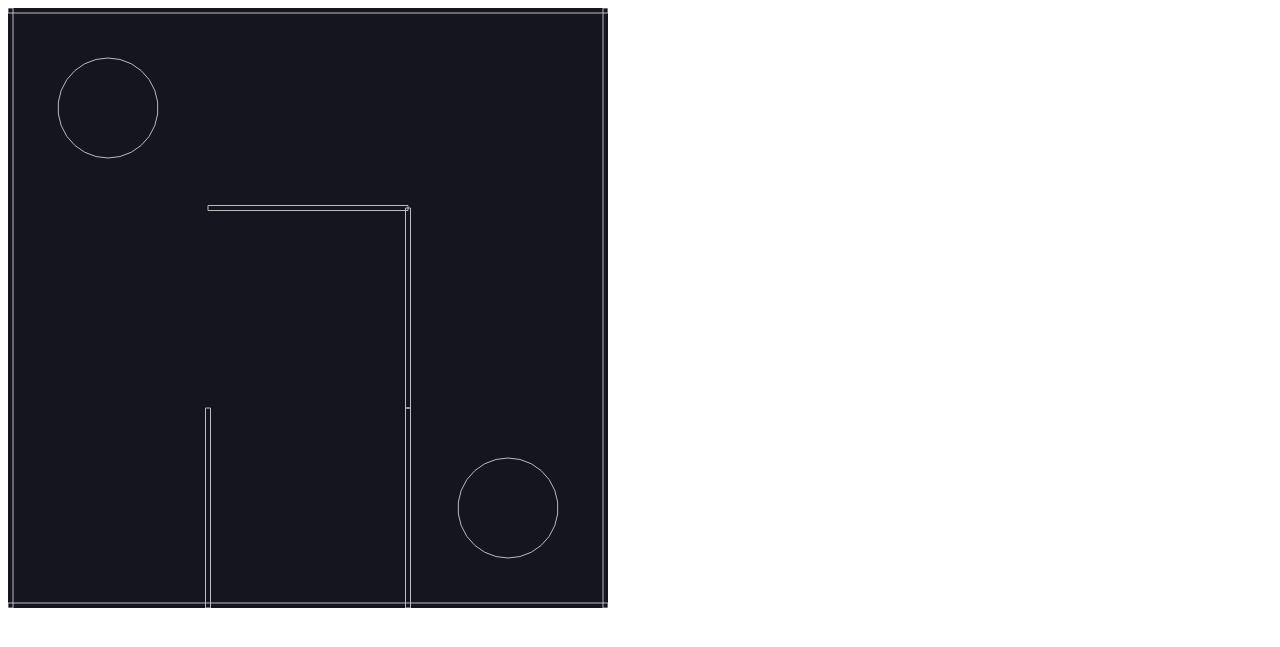
Repository: Sbethm/maze-runner
Page: index.html
The author's editor kept a copy of each file at every save. The page is drawn from the files as they stood at one save, then again after a run of saves.
The browser window is 1280 px wide. The pictures show the whole page.
Some web libraries are served in a nearby version.

Above is the page before, as saved 2021-10-08 08:34:13.

After the next 3 saves:
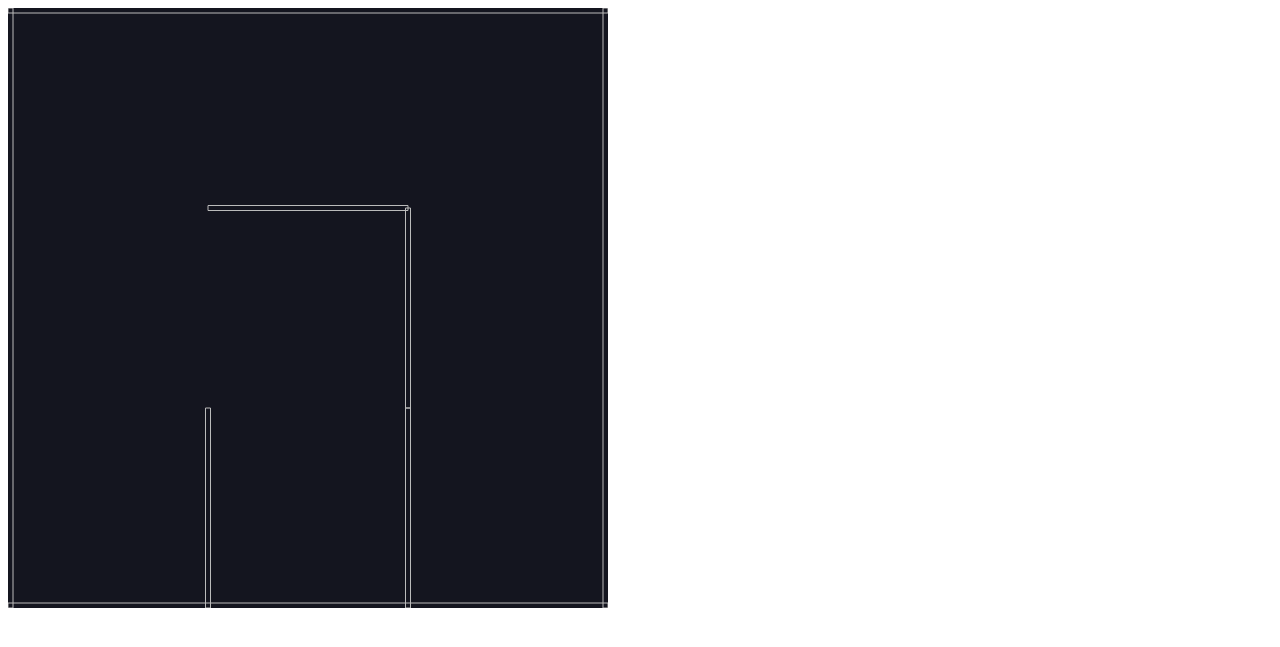
Console error: ReferenceError: lable is not defined
The 3 saves are shown as one change because they came seconds apart.
The last was saved 14 s later.
--- a/app.js
+++ b/app.js
@@ -192,7 +192,10 @@
         lable: 'goal',
         isStatic: true
     });
-const playerPiece =Bodies.circle(unitLength / 2, unitLength / 2, goalRadius);
+const playerPiece =Bodies.circle(unitLength / 2, unitLength / 2, goalRadius,
+    {
+        lable
+    });
 
 World.add(world, goal);
 World.add(world, playerPiece);

After the 2 saves that followed:
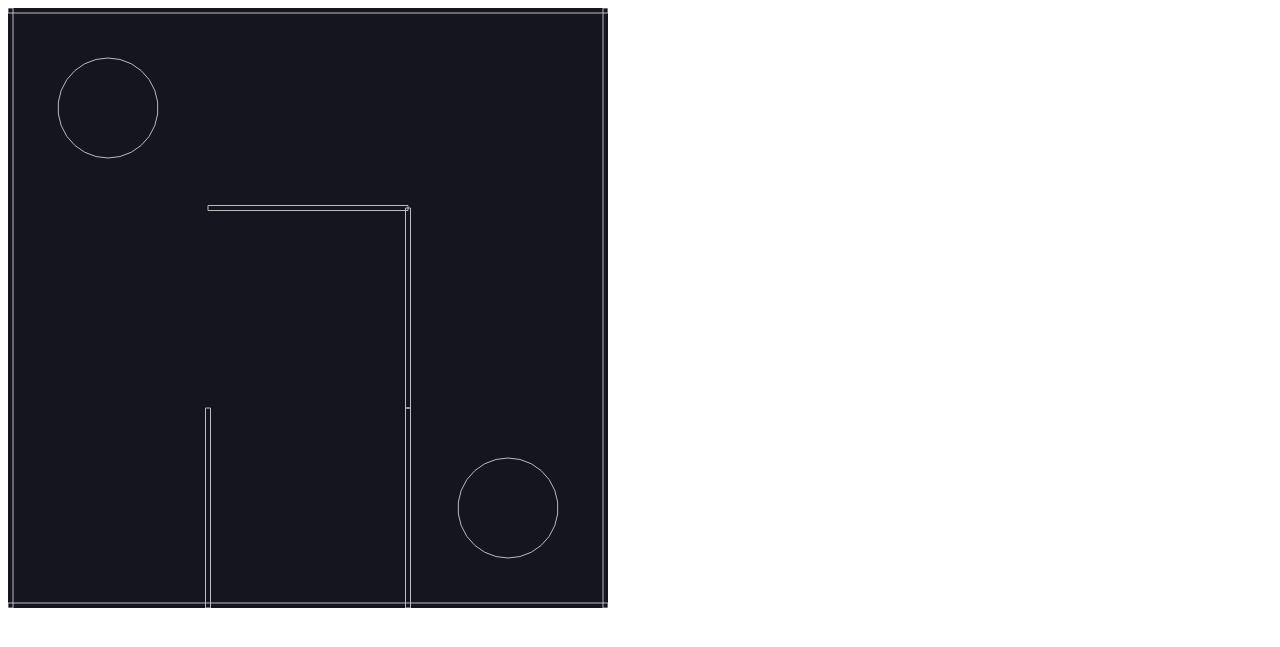
The error is gone.
The 2 saves are shown as one change because 1 left the picture as it was.
The last was saved 11 s later.
--- a/app.js
+++ b/app.js
@@ -194,7 +194,7 @@
     });
 const playerPiece =Bodies.circle(unitLength / 2, unitLength / 2, goalRadius,
     {
-        lable
+        label: 'player'
     });
 
 World.add(world, goal);
